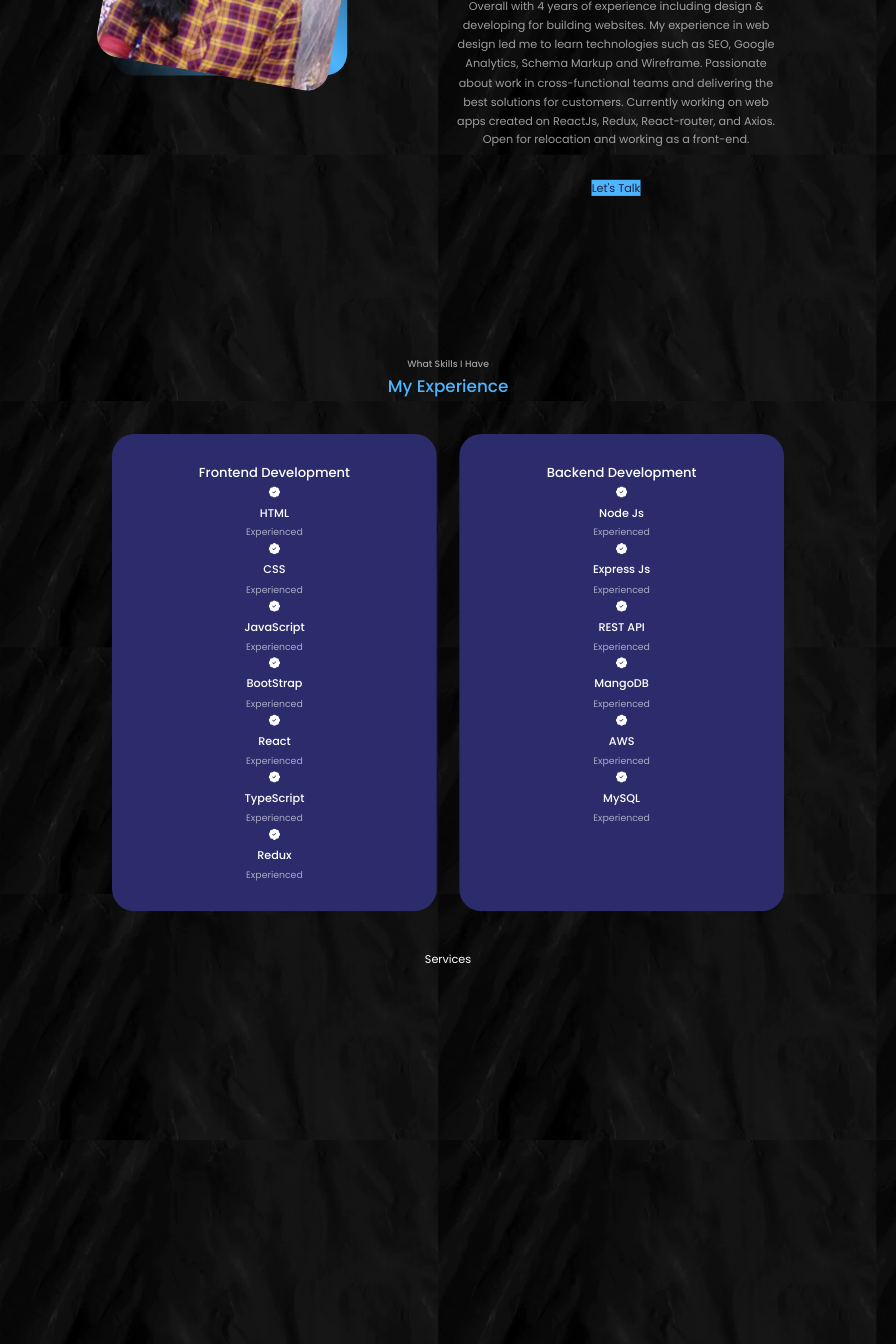
Repository: mayuri2018/Mr_react_portfolio
Page: /
These files come from the project's save history. The page is drawn as it stood at one moment and after the next save; the edit follows.
The browser window is 1280 px wide. The pictures show the part of the page from y = 1187 to 3107 px (the page is 5835 px tall), at 70% of full size.
The pointer rests on the first visible `.experience_container > div`.
The project was rebuilt for these pictures with package versions that can differ from the ones it lists, and the page was loaded fresh each time. Also part of the build but not shown: src/components/services/services.css, src/components/portfolio/portfolio.css, src/components/testimonials/testimonials.css, src/components/contact/contact.css, src/components/footer/footer.css.

Above is the page before, as saved 2023-01-25 14:13:18.

After the next save:
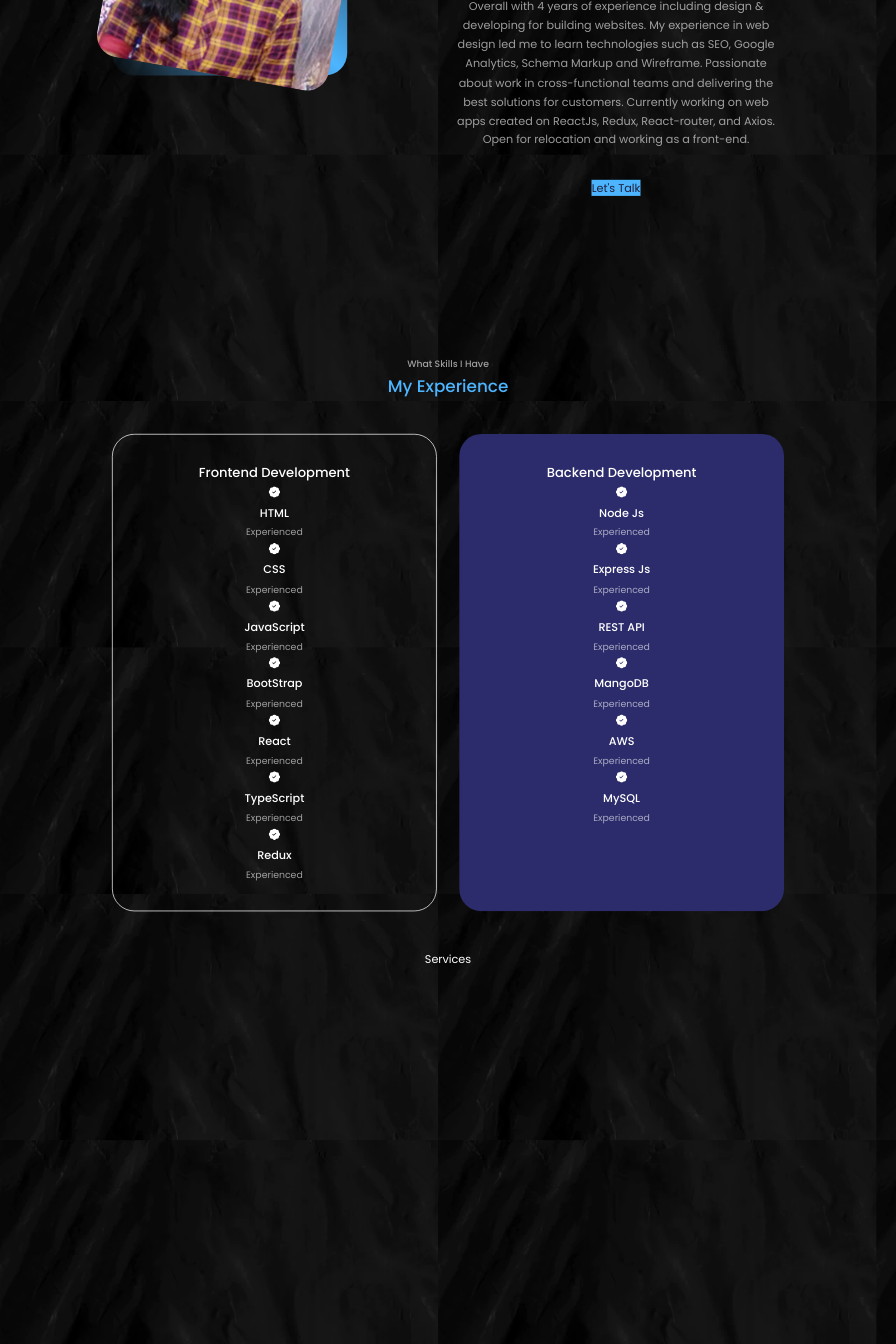
Saved 92 s later.
--- a/src/components/experience/experience.css
+++ b/src/components/experience/experience.css
@@ -10,3 +10,9 @@
     border: 1px solid transparent;
     transition: var(--transition);
 }
+
+.experience_container > div:hover{
+    background: transparent;
+    border-color: var(--color-primary-variant);
+    cursor: default;
+}
